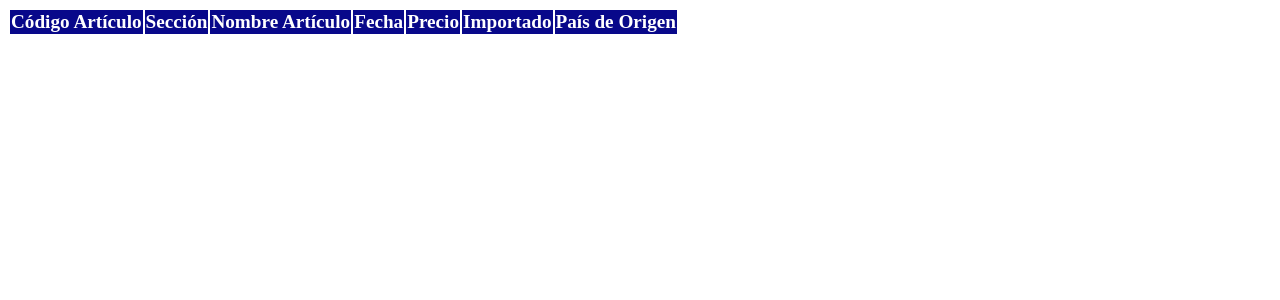
Repository: FernandoJFernandez/Curso-java-2022
Page: http://localhost/Web_de_Productos/ControladorProductos
These files come from the project's save history. The page is drawn as it stood at one moment and after the next save; the edit follows.
The browser window is 1280 px wide. The pictures show the whole page.
The page is served by Tomcat 9. Other server files are loaded and not shown. Queries for data that is not in the repository find no rows.

Above is the page before, as saved 2023-04-24 22:51:20.

### Web_de_Productos/src/main/webapp/ListaProductos.jsp
<%@ page language="java" contentType="text/html; charset=UTF-8"
    pageEncoding="UTF-8"%>
<%@taglib uri="http://java.sun.com/jsp/jstl/core" prefix = "c" %>

<!DOCTYPE html>
<html>
<head>
	<meta charset="UTF-8">
	<title>Lista Productos</title>
	<style type="text/css">
		.cabecera{
			font-size: 1.2em;
			font-weight: bold;
			color: #FFFFFF;
			background-color: #08088A;
		}
		.filas{
			text-align: center;
			background-color: #5882FA;
		}
	</style>
</head>
<body>
	<table>
		<tr>
			<td class="cabecera">Código Artículo</td>
			<td class="cabecera">Sección</td>
			<td class="cabecera">Nombre Artículo</td>
			<td class="cabecera">Fecha</td>
			<td class="cabecera">Precio</td>
			<td class="cabecera">Importado</td>
			<td class="cabecera">País de Origen</td>
		</tr>

		<c:forEach var="tempProd" items="${LISTAPRODUCTOS}">
			<tr>
				<td class="filas">${tempProd.cArt}</td>
				<td class="filas">${tempProd.seccion}</td>
				<td class="filas">${tempProd.nArt}</td>
				<td class="filas">${tempProd.fecha}</td>
				<td class="filas">${tempProd.precio}</td>
				<td class="filas">${tempProd.importado}</td>
				<td class="filas">${tempProd.pOrig}</td>
			</tr>
		</c:forEach>
	</table>
</body>
</html>

### Web_de_Productos/src/main/java/com/pildorasinformaticas/productos/ControladorProductos.java
package com.pildorasinformaticas.productos;

import java.io.IOException;
import java.util.List;

import javax.annotation.Resource;
import javax.servlet.RequestDispatcher;
import javax.servlet.ServletException;
import javax.servlet.annotation.WebServlet;
import javax.servlet.http.HttpServlet;
import javax.servlet.http.HttpServletRequest;
import javax.servlet.http.HttpServletResponse;
import javax.sql.DataSource;

/**
 * Servlet implementation class ControladorProductos
 */
@WebServlet("/ControladorProductos")
public class ControladorProductos extends HttpServlet {
	private static final long serialVersionUID = 1L;

	private ModeloProductos modeloProductos;

	//Definir o establecer el datasource
	@Resource (name="jdbc/productos")
	private DataSource miPool;

	@Override
	public void init() throws ServletException {
		// TODO Auto-generated method stub
		super.init();

		try {
			modeloProductos = new ModeloProductos(miPool);
		}catch(Exception e) {
			throw new ServletException(e);
		}
	}

	/**
	 * @see HttpServlet#doGet(HttpServletRequest request, HttpServletResponse response)
	 */
	protected void doGet(HttpServletRequest request, HttpServletResponse response) throws ServletException, IOException {
		// TODO Auto-generated method stub
		//response.getWriter().append("Served at: ").append(request.getContextPath());

		//Obtener la lista de productos desde el modelo
		List<Productos> productos;

		try {
			productos = modeloProductos.getProductos();

		//Agregar lista de productos al request
		request.setAttribute("LISTAPRODUCTOS", productos);

		//Enviar ese request a la página JSP
		RequestDispatcher miDispatcher = request.getRequestDispatcher("/ListaProductos.jsp");
		miDispatcher.forward(request, response);

		}catch(Exception e) {
			e.printStackTrace();
		}
	}
}

After the next save:
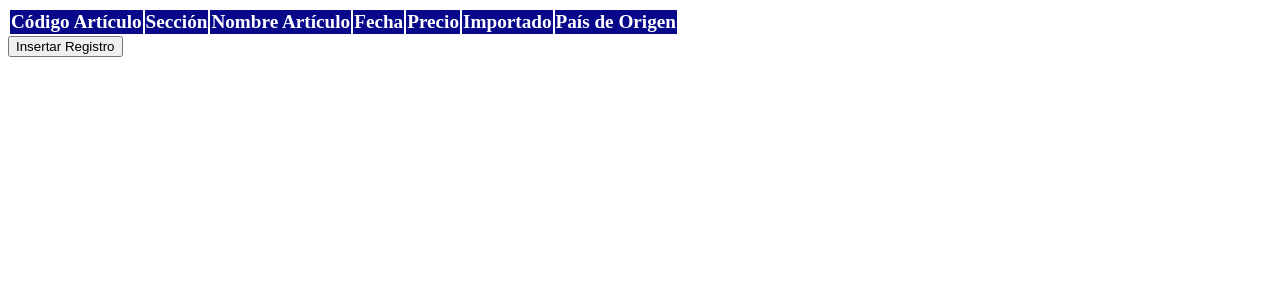
Saved 3 min 2 s later.
--- a/Web_de_Productos/src/main/webapp/ListaProductos.jsp
+++ b/Web_de_Productos/src/main/webapp/ListaProductos.jsp
@@ -44,5 +44,8 @@
 			</tr>
 		</c:forEach>
 	</table>
+	<div id="contenedorBoton">
+		<input type="button" value="Insertar Registro"/>
+	</div>
 </body>
 </html>
